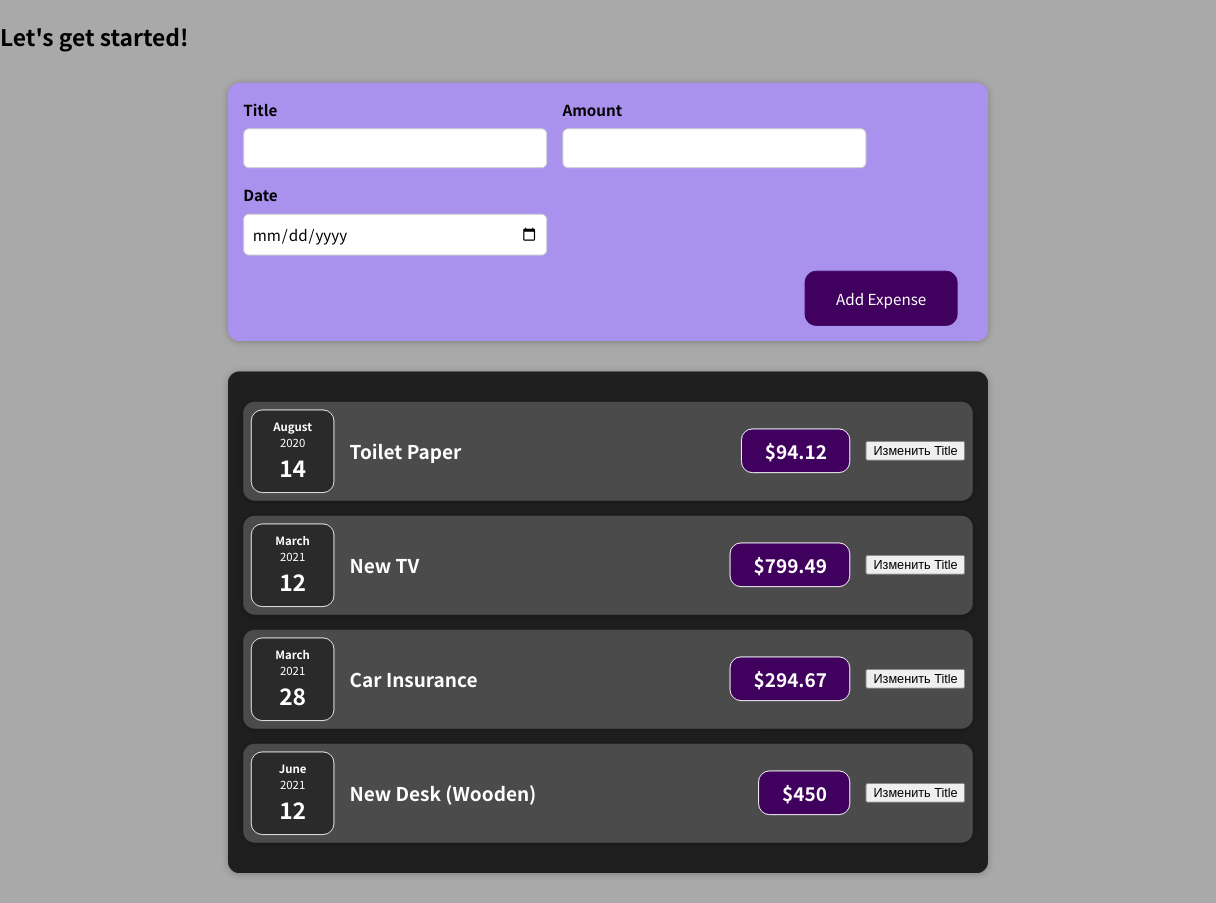
Repository: otvertka/MSC
Page: /
The author's editor kept a copy of each file at every save. The page is drawn from the files as they stood at one save, then again after the next save.
The browser window is 1280 px wide. The pictures show the whole page, at 95% of full size.
The project was rebuilt for these pictures with package versions that can differ from the ones it lists, and the page was loaded fresh each time.

Above is the page before, as saved 2023-06-25 10:26:16.

After the next save:
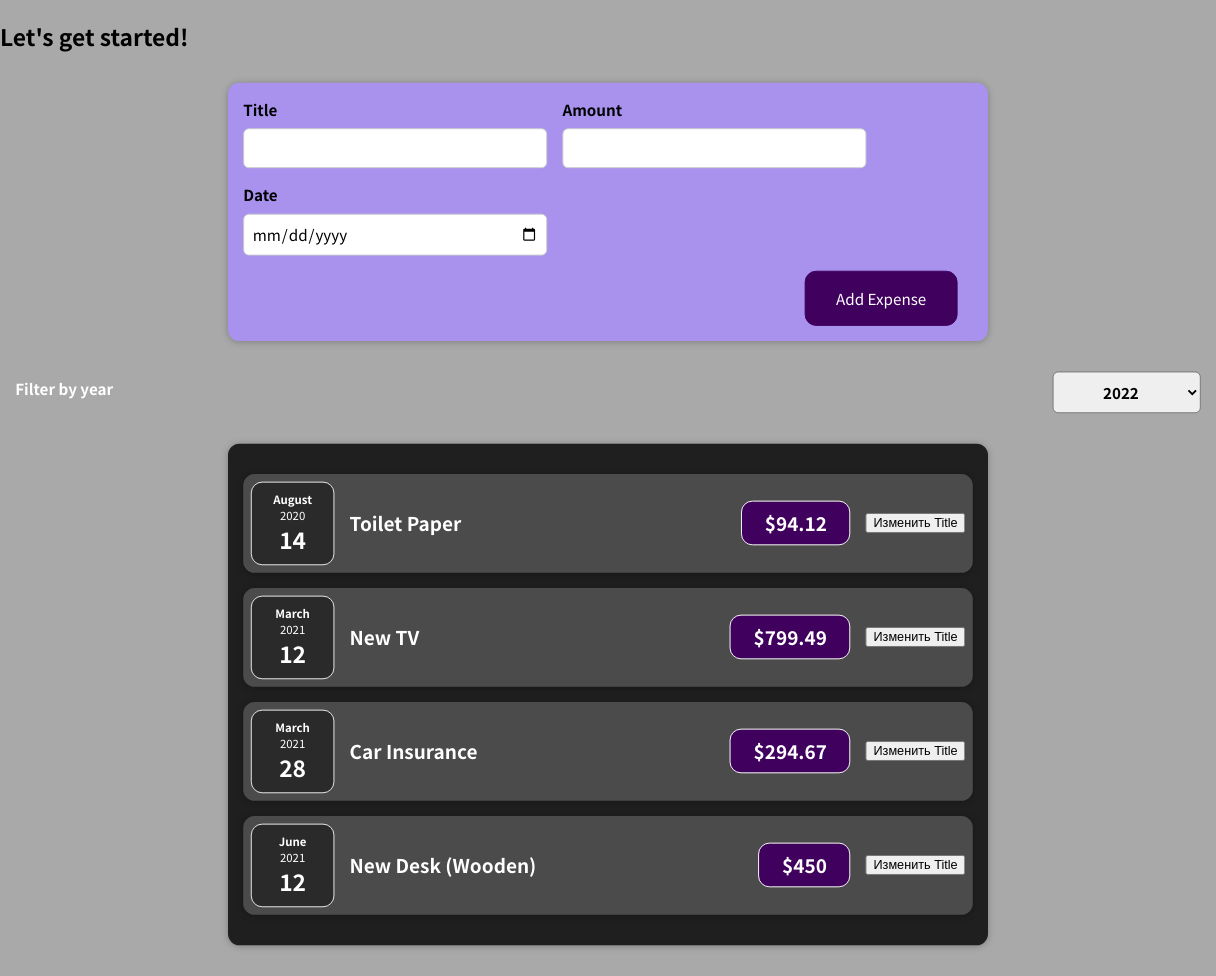
Saved 23 s later.
--- a/src/components/Expenses/Expenses.js
+++ b/src/components/Expenses/Expenses.js
@@ -3,10 +3,12 @@ import ExpenseItem from "./ExpenseItem";
 
 import "./Expenses.css";
 import Card from "../UI/Card";
+import ExpensesFilter from "./ExpensesFilter";
 
 const Expenses = (props) => {
   return (
     <div>
+      <ExpensesFilter />
       <Card className="expenses">
         <ExpenseItem
           title={props.items[0].title}
